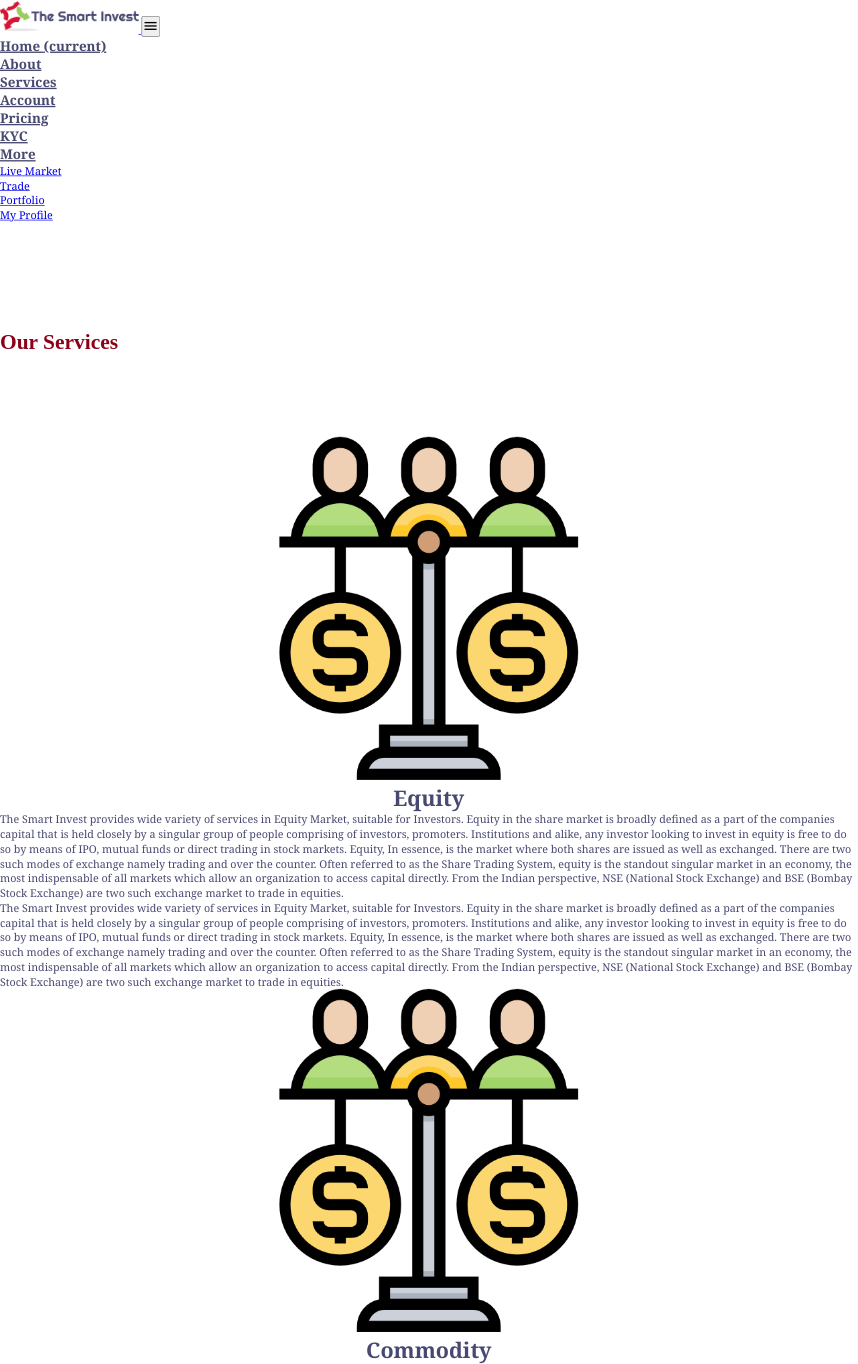
Repository: Demonster1999/Invest-Mart-new
Page: services.html
An editor plug-in stored every save of this project. The page is shown before and after the next save, followed by the edit.
The browser window is 1280 px wide. The pictures show the whole page, at 67% of full size.
Some web libraries are served in a nearby version.

Above is the page before, as saved 2020-05-01 21:40:45.
Console error: TypeError: Failed to execute 'addEventListener' on 'EventTarget': parameter 2 is not of type 'Object'.

After the next save:
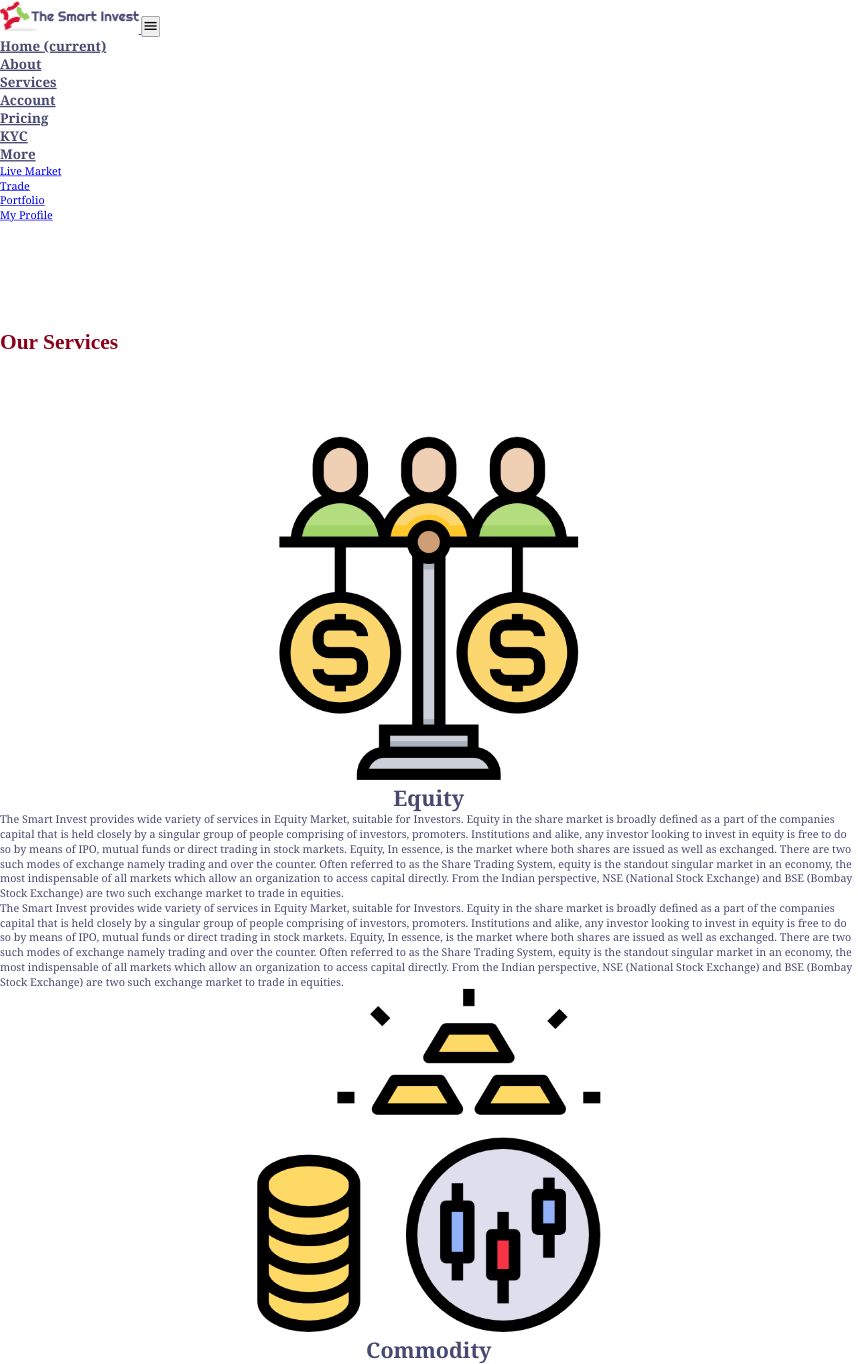
Saved 59 s later.
--- a/services.html
+++ b/services.html
@@ -145,7 +145,7 @@
           </div>
               <div class="col-md-6">
                 <center>
-                  <img src="static/imgs/icons/equity.png" class="img-fluid m-2 p-2" width="40%" alt="">
+                  <img src="static/imgs/icons/stock.png" class="img-fluid m-2 p-2" width="40%" alt="">
                   <h1 class=" p-2 m-2"> Commodity </h1>
                 </center>
 
